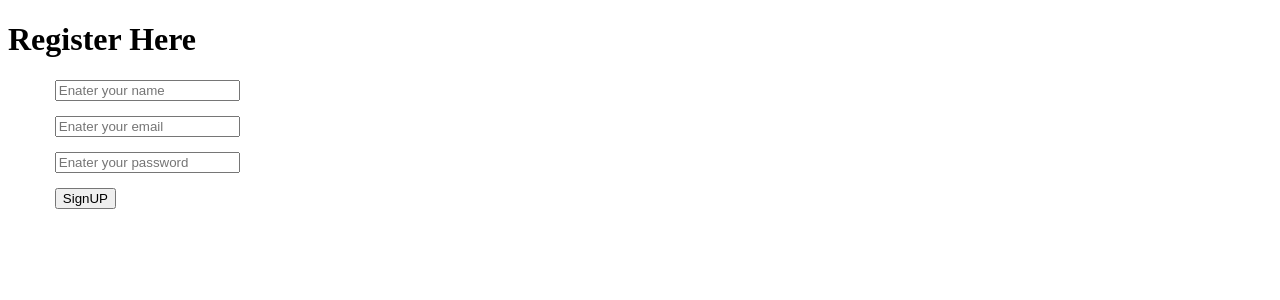
Repository: Yogi-Choudhary/Registration_From
Page: http://localhost/JavaWebApplication/jsp/register.jsp
The author's editor kept a copy of each file at every save. The page is drawn from the files as they stood at one save, then again after the next save.
The browser window is 1280 px wide. The pictures show the whole page.
The page is served by Tomcat 9.

Above is the page before, as saved 2019-09-25 14:26:48.

After the next save:
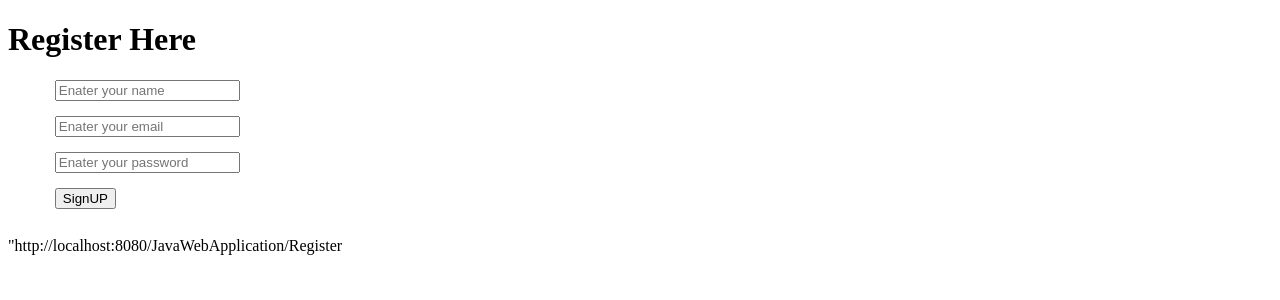
Saved 52 s later.
--- a/JavaWebApplication/src/main/webapp/jsp/register.jsp
+++ b/JavaWebApplication/src/main/webapp/jsp/register.jsp
@@ -9,7 +9,7 @@
 <body>
   <h1>Register Here</h1>
 
-    <form action="http://localhost:8080/JavaWebApplication/Register" method="post">
+    <form action="" method="post">
     <pre>
       <input type="text" name="name" placeholder="Enater your name"/>
 
@@ -22,3 +22,5 @@
     </form>
 </body>
 </html>
+
+"http://localhost:8080/JavaWebApplication/Register

After the save that followed:
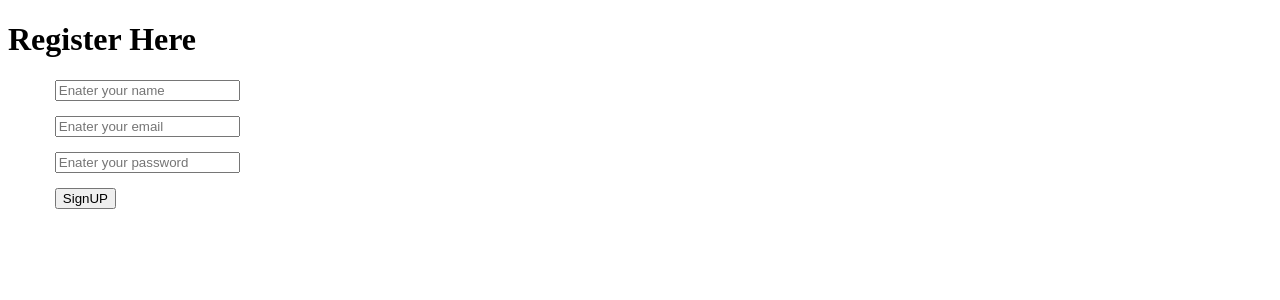
Saved 100 s later.
--- a/JavaWebApplication/src/main/webapp/jsp/register.jsp
+++ b/JavaWebApplication/src/main/webapp/jsp/register.jsp
@@ -8,7 +8,7 @@
 </head>
 <body>
   <h1>Register Here</h1>
-
+    <!-- action="http://localhost:8080/JavaWebApplication/Register" -->
     <form action="" method="post">
     <pre>
       <input type="text" name="name" placeholder="Enater your name"/>
@@ -22,5 +22,3 @@
     </form>
 </body>
 </html>
-
-"http://localhost:8080/JavaWebApplication/Register
